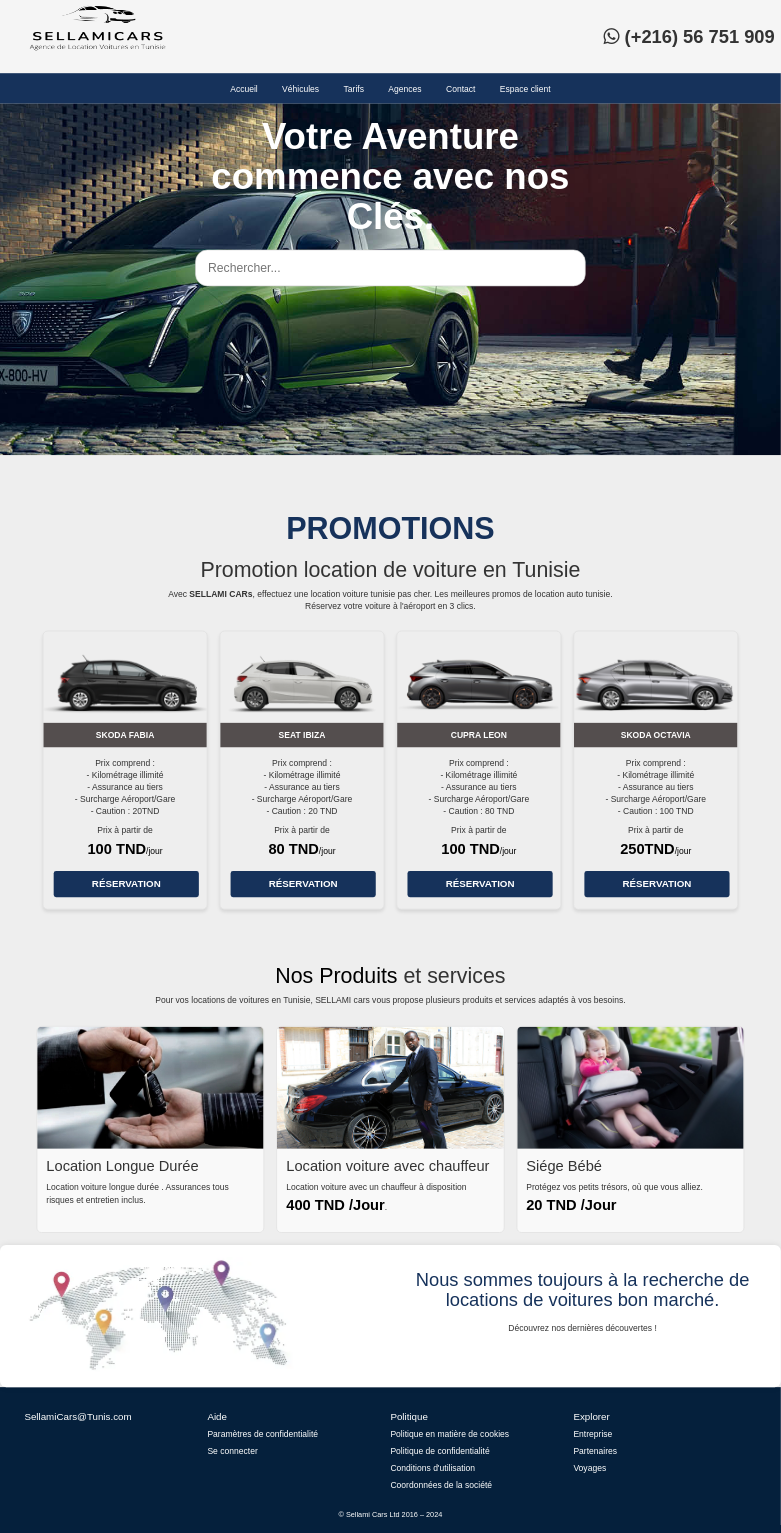
Repository: Mohamed-Ali-Sellami/Location_Voitures
Page: / (app in client/)
The author's editor kept a copy of each file at every save. The page is drawn from the files as they stood at one save, then again after the next save.
The browser window is 1280 px wide. The pictures show the whole page, at 61% of full size.
The page's requests for data from a server got no answer. Some web libraries are served in a nearby version. The project was rebuilt for these pictures with package versions that can differ from the ones it lists, and the page was loaded fresh each time. No one was signed in, and anything a server would have sent is missing. Also part of the build but not shown: client/src/components/Register.js, client/src/components/Login.js, client/src/routes/PrivateRoute.js, client/src/components/Agences.js, client/src/components/styles/Voitures.css, client/src/components/Cart.js, client/src/components/Voitures.js, client/src/components/styles/Taarifs.css and 2 more. Imported but missing from the stored project, and not drawn on this page: client/src/components/Profil.

Above is the page before, as saved 2024-10-01 16:21:57.

After the next save:
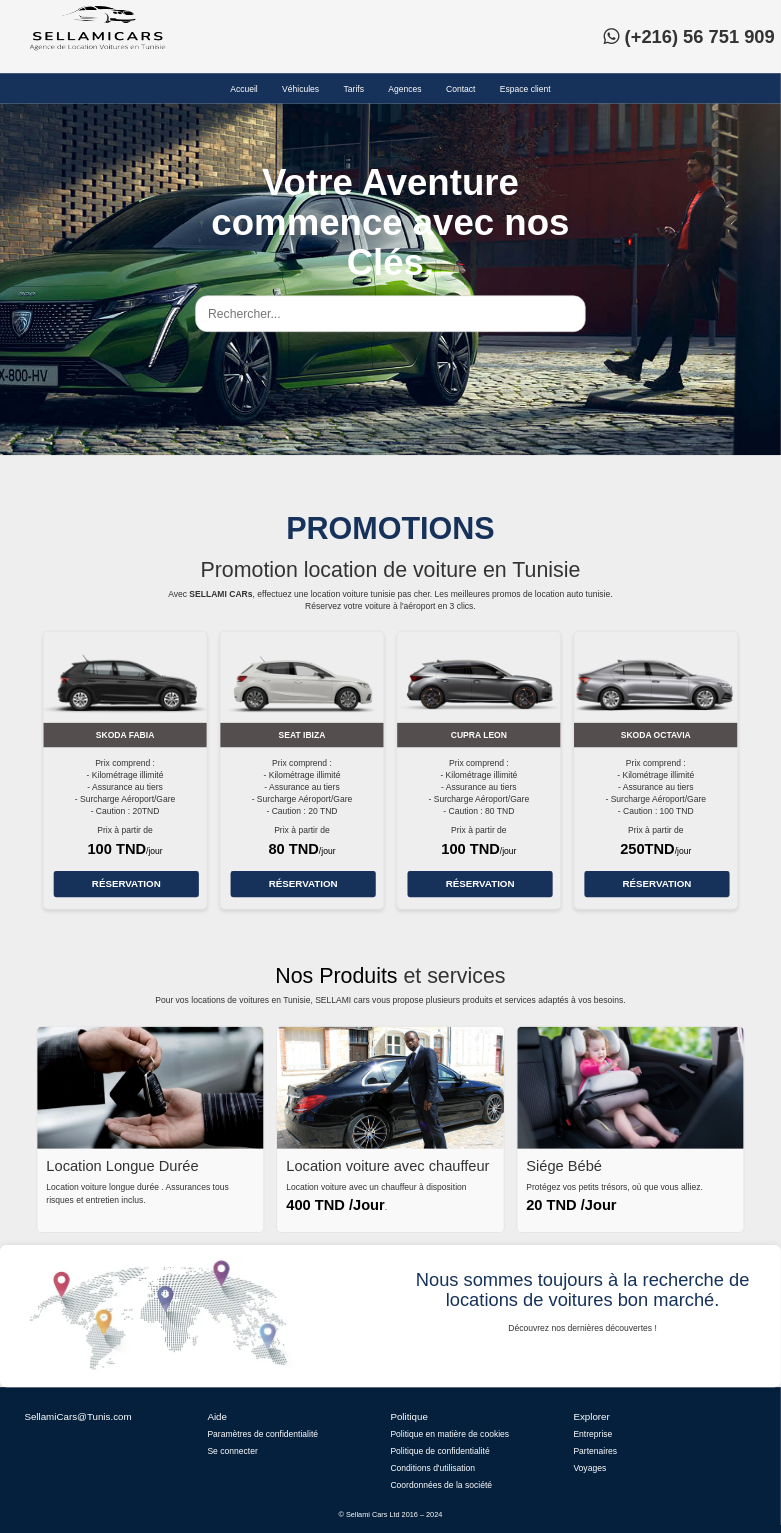
Saved 5 s later.
--- a/client/src/components/styles/Banniere.css
+++ b/client/src/components/styles/Banniere.css
@@ -33,7 +33,7 @@
   }
   .banner {
     position: absolute;
-    top: 100%;
+    top: 150%;
     left: 50%;
     transform: translate(-50%, -50%);
     text-align: center;
